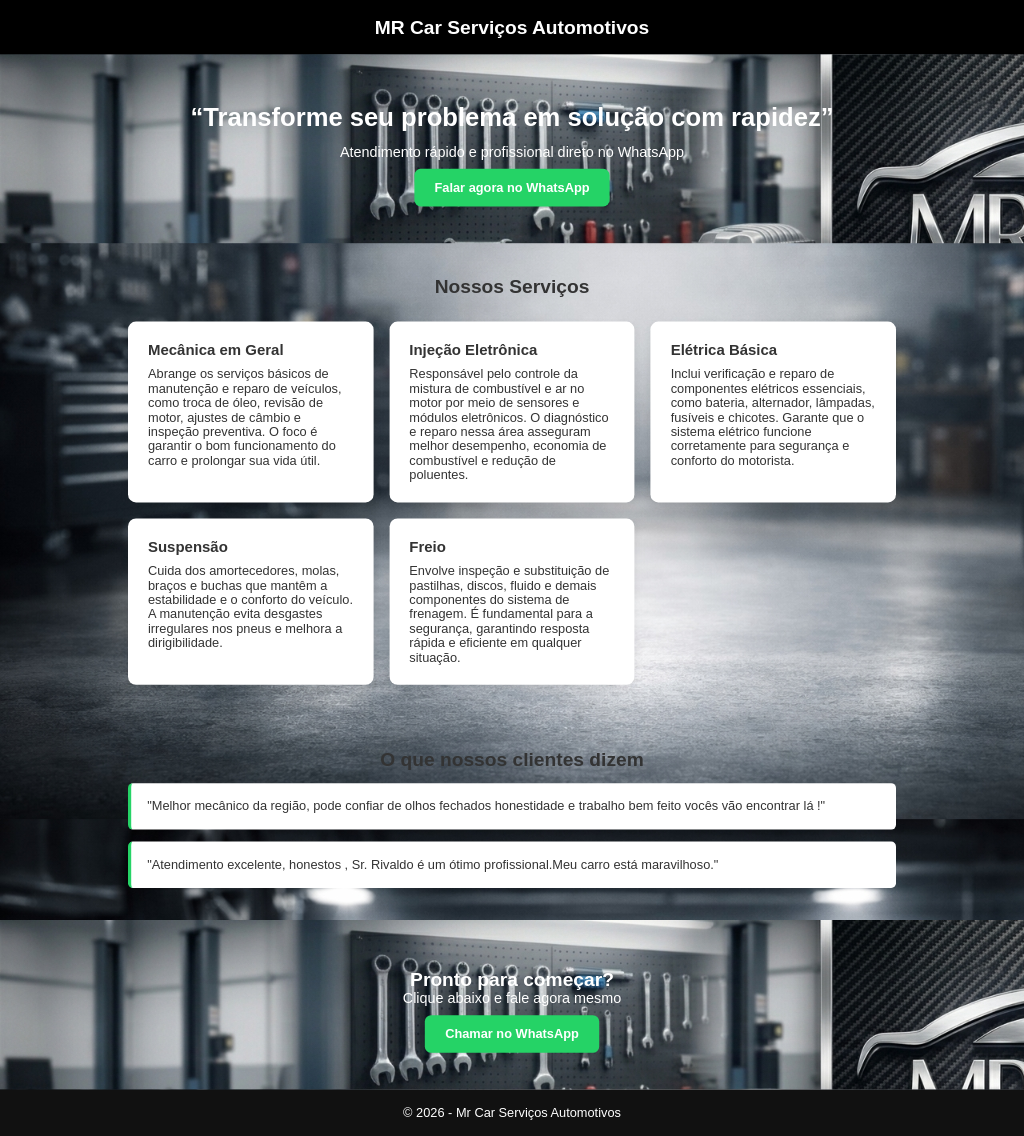
Repository: templaterj1991-Luiz/Main
Page: Template/index.html
These files come from the project's save history. The page is drawn as it stood at one moment and after the next save; the edit follows.
The browser window is 1280 px wide. The pictures show the whole page, at 80% of full size.

Above is the page before, as saved 2026-06-06 13:48:01.

After the next save:
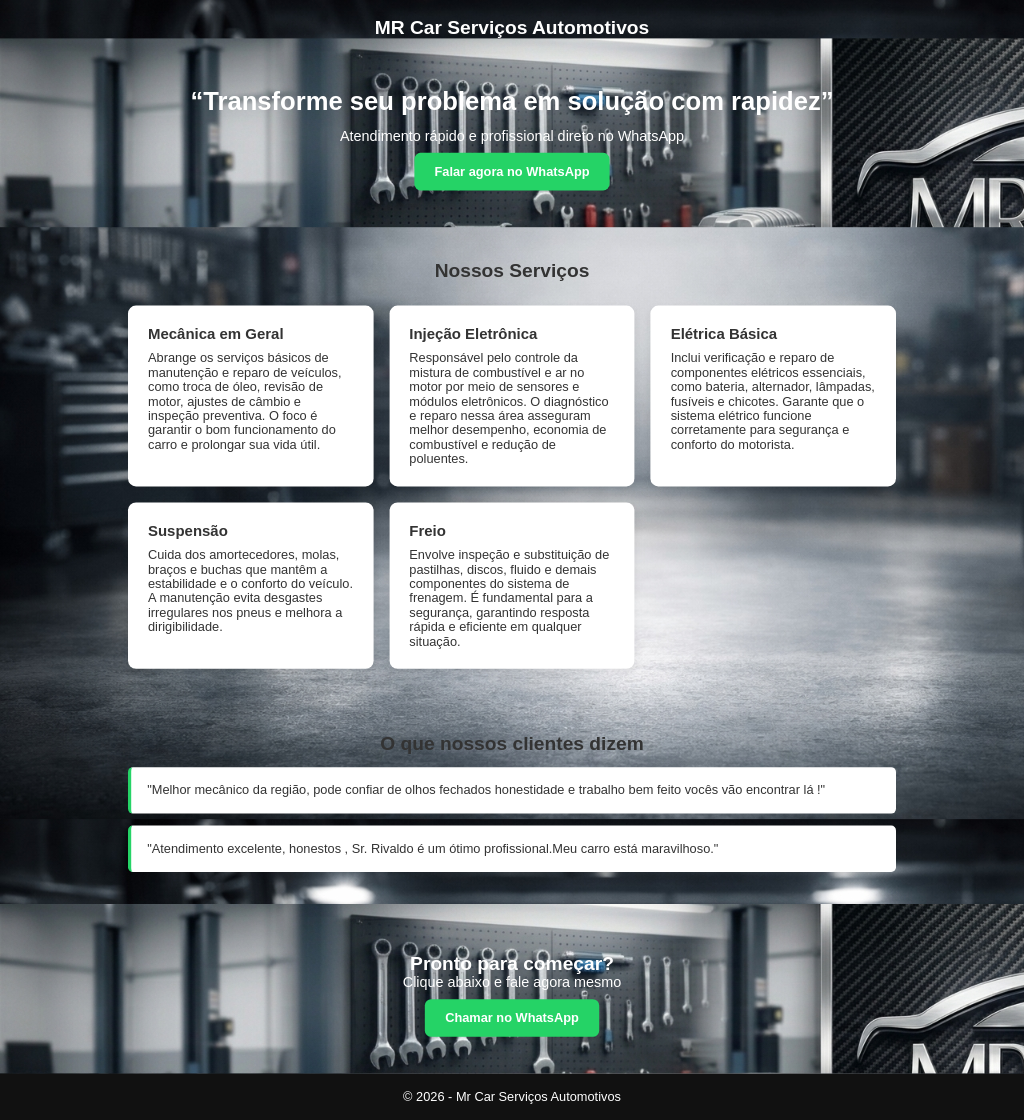
Saved 2 min 3 s later.
--- a/Template/index.html
+++ b/Template/index.html
@@ -19,10 +19,10 @@
         }
 
         header {
-            background: #000000;
-            color: #fff;
-            padding: 20px;
-            text-align: center;
+            background: transparent;
+    color: #fff;
+    padding: 20px 20px 0 20px; /* Ajustado o padding */
+    text-align: center;
         }
 
         .hero {
